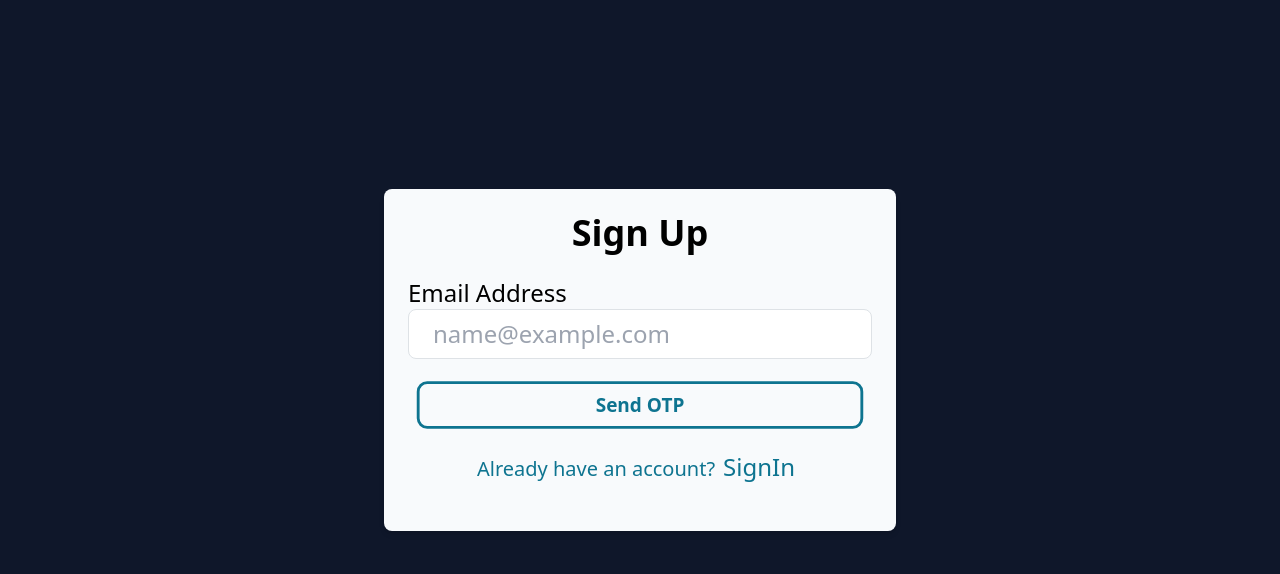
Repository: sayyad-mukthumsa-123/Movie-Verse
Page: /register (app in frontend/)
An editor plug-in stored every save of this project. The page is shown before and after the next save, followed by the edit.
The browser window is 1280 px wide. The pictures show the whole page.
The page's requests for data from a server got no answer. The project was rebuilt for these pictures with package versions that can differ from the ones it lists, and the page was loaded fresh each time. No one was signed in, and anything a server would have sent is missing. Also part of the build but not shown: frontend/src/pages/Welcome.jsx, frontend/src/components/Logout.jsx, frontend/src/components/Navbar.jsx, frontend/src/components/Cards.jsx, frontend/src/pages/Home.jsx, frontend/src/pages/SignIn.jsx, frontend/src/components/AvatarSelection.jsx, frontend/src/pages/MovieRecommendations.jsx and 17 more.

Above is the page before, as saved 2025-02-18 22:51:03.

### frontend/public/index.html
<!DOCTYPE html>
<html lang="en">

<head>
  <meta charset="utf-8" />
  <link rel="icon" href="%PUBLIC_URL%/favicon.ico" />
  <meta name="viewport" content="width=device-width, initial-scale=1" />
  <meta name="theme-color" content="#000000" />
  <meta name="description" content="Web site created using create-react-app" />
  <link rel="apple-touch-icon" href="%PUBLIC_URL%/logo192.png" />
  <!--
      manifest.json provides metadata used when your web app is installed on a
      user's mobile device or desktop. See https://developers.google.com/web/fundamentals/web-app-manifest/
    -->
  <link rel="manifest" href="%PUBLIC_URL%/manifest.json" />
  <link rel="stylesheet" href="https://cdn.jsdelivr.net/npm/bootstrap@5.3.2/dist/css/bootstrap.min.css"
    integrity="sha384-T3c6CoIi6uLrA9TneNEoa7RxnatzjcDSCmG1MXxSR1GAsXEV/Dwwykc2MPK8M2HN" crossorigin="anonymous" />
  <!--
      Notice the use of %PUBLIC_URL% in the tags above.
      It will be replaced with the URL of the `public` folder during the build.
      Only files inside the `public` folder can be referenced from the HTML.

      Unlike "/favicon.ico" or "favicon.ico", "%PUBLIC_URL%/favicon.ico" will
      work correctly both with client-side routing and a non-root public URL.
      Learn how to configure a non-root public URL by running `npm run build`.
    -->
  <title>MovieVerse</title>
</head>

<body>
  <noscript>You need to enable JavaScript to run this app.</noscript>
  <div id="root"></div>
  <!--
      This HTML file is a template.
      If you open it directly in the browser, you will see an empty page.

      You can add webfonts, meta tags, or analytics to this file.
      The build step will place the bundled scripts into the <body> tag.

      To begin the development, run `npm start` or `yarn start`.
      To create a production bundle, use `npm run build` or `yarn build`.
    -->
</body>

</html>

### frontend/src/index.css
/* body {
  margin: 0;
  font-family: -apple-system, BlinkMacSystemFont, 'Segoe UI', 'Roboto', 'Oxygen',
    'Ubuntu', 'Cantarell', 'Fira Sans', 'Droid Sans', 'Helvetica Neue',
    sans-serif;
  -webkit-font-smoothing: antialiased;
  -moz-osx-font-smoothing: grayscale;
}

code {
  font-family: source-code-pro, Menlo, Monaco, Consolas, 'Courier New',
    monospace;
} */


/* @tailwind base;
@tailwind components;
@tailwind utilities; */


/* @import "tailwindcss/base";
@import "tailwindcss/components";
@import "tailwindcss/utilities"; */


/* src/index.css */
@tailwind base;
@tailwind components;
@tailwind utilities;

### frontend/src/App.js
import { BrowserRouter, Route, Routes } from "react-router-dom";
import Welcome from "./pages/Welcome";
import Home from "./pages/Home";
import SignIn from "./pages/SignIn";
import SignUp from "./pages/SignUp";
import Details from "./pages/MovieDetail";
import MovieSearch from "./pages/MovieSearch";
import PopularMovies from "./pages/PopularMovies";
import TrendingMovies from "./pages/TrendingMovies";
import DirectorSearch from "./pages/DirectorSearch";
import HeroSearch from "./pages/HeroSearch";
import HeroineSearch from "./pages/HeroineSearch";
import Search from "./pages/Search";
import GenreSearch from "./pages/GenreSearch";
import LangSearch from "./pages/LangSearch";
import ProtectedRoute from "./components/ProtectedRoute"; // Import ProtectedRoute
import ProfilePage from "./pages/ProfilePage"; // ProfilePage component
import UpdateProfile from "./pages/UpdateProfile";
import ResetPassword from "./components/ResetPassword";
import ReviewRating from "./pages/ReviewRating";
import ContactUs from "./pages/ContactUs";
import MovieDetail from "./pages/MovieDetail";


const App = () => {
  return (
    <div className="App">

      <BrowserRouter>
        <Routes>

          <Route path="/" element={<Welcome />} />
          <Route path="/register" element={<SignUp />} />
          <Route path="/login" element={<SignIn />} />


          <Route
            path="/home_login"
            element={
              <ProtectedRoute>
                <Home />
              </ProtectedRoute>
            }
          />
          <Route
            path="/details"
            element={
              <ProtectedRoute>
                <Details />
              </ProtectedRoute>
            }
          />
          <Route
            path="/popular"
            element={
              <ProtectedRoute>
                <PopularMovies />
              </ProtectedRoute>
            }
          />
          <Route
            path="/trending"
            element={
              <ProtectedRoute>
                <TrendingMovies />
              </ProtectedRoute>
            }
          />
          <Route
            path="/search/movie"
            element={
              <ProtectedRoute>
                <MovieSearch />
              </ProtectedRoute>
            }
          />
          <Route
            path="/search/director"
            element={
              <ProtectedRoute>
                <DirectorSearch />
              </ProtectedRoute>
            }
          />
          <Route
            path="/search/hero"
            element={
              <ProtectedRoute>
                <HeroSearch />
              </ProtectedRoute>
            }
          />
          <Route
            path="/search/heroine"
            element={
              <ProtectedRoute>
                <HeroineSearch />
              </ProtectedRoute>
            }
          />
          <Route
            path="/search/genre"
            element={
              <ProtectedRoute>
                <GenreSearch />
              </ProtectedRoute>
            }
          />
          <Route
            path="/search/lang"
            element={
              <ProtectedRoute>
                <LangSearch />
              </ProtectedRoute>
            }
          />
          <Route
            path="/search"
            element={
              <ProtectedRoute>
                <Search />
              </ProtectedRoute>
            }
          />
          <Route
            path="/movie/:id"
            element={
              <ProtectedRoute>
                <Details />
              </ProtectedRoute>
            }
          />
          <Route path="api/profile/:email" element={
            <ProtectedRoute>
              <ProfilePage />
            </ProtectedRoute>}
          />
          <Route path="/update-profile/:email" element={
            <ProtectedRoute>
              <UpdateProfile />
            </ProtectedRoute>}
          />
          <Route path="/profile/:email" element={
            <ProtectedRoute><ProfilePage />
            </ProtectedRoute>} />
          <Route path="/reset-password/:email" element={

            <ResetPassword />

          }
          />


          {/* Movie review and rating route */}

          <Route path="/movie/:movieId/review-rating" element={
            <ProtectedRoute><ReviewRating />
            </ProtectedRoute>} />



          <Route path="/contact" element={
            <ProtectedRoute><ContactUs />
            </ProtectedRoute>} />

        </Routes>

      </BrowserRouter>
    </div>
  );
};

export default App;

### frontend/src/pages/SignUp.jsx
import React, { useEffect, useState } from "react";
import { Link, useNavigate } from "react-router-dom";
import { ToastContainer, toast } from "react-toastify";
import "react-toastify/dist/ReactToastify.css";
import { FaEye, FaEyeSlash } from "react-icons/fa";
import AvatarSelection from "../components/AvatarSelection";

const SignUp = () => {
  const [step, setStep] = useState(1);
  const [email, setEmail] = useState("");
  const [otp, setOtp] = useState("");
  const [otpSent, setOtpSent] = useState(false);
  const [isOtpVerified, setIsOtpVerified] = useState(false);
  const [username, setUsername] = useState("");
  const [password, setPassword] = useState("");
  const [confirmPassword, setConfirmPassword] = useState("");
  const [passwordVisible, setPasswordVisible] = useState(false);
  const [confirmPasswordVisible, setConfirmPasswordVisible] = useState(false);
  const [selectedAvatar, setSelectedAvatar] = useState(null);
  const navigate = useNavigate();

  useEffect(() => {
    const token = localStorage.getItem("token");
    /////see once
    if (token) {
      navigate("/home_login"); // Redirect if already logged in
    }
  }, [navigate]);

  // Validate email format
  const isValidEmail = (email) => {
    const regex = /^[a-zA-Z0-9._-]+@[a-zA-Z0-9.-]+\.[a-zAZ]{2,4}$/;
    return regex.test(email);
  };

  // Send OTP to user's email
  const sendOtp = async () => {
    if (!isValidEmail(email)) {
      toast.error("Please enter a valid email address.");
      return;
    }

    try {
      const response = await fetch("http://localhost:5000/send-otp", {
        method: "POST",
        headers: { "Content-Type": "application/json" },
        body: JSON.stringify({ email }),
      });

      const data = await response.json();
      if (response.ok) {
        toast.success("OTP sent to your email!");
        setOtpSent(true);
      } else {
        toast.error(data.message || "Error sending OTP.");
      }
    } catch (error) {
      toast.error("An error occurred. Please try again.");
    }
  };


  // Verify OTP entered by the user
  const verifyOtp = async () => {
    try {
      const response = await fetch("http://localhost:5000/verify-otp", {
        method: "POST",
        headers: { "Content-Type": "application/json" },
        body: JSON.stringify({ email, otp }),
      });

      const data = await response.json();
      if (response.ok) {
        toast.success("OTP verified successfully!");
        setIsOtpVerified(true);
        setStep(2); // Move to next step (username/password)
      } else {
        toast.error(data.message || "Invalid OTP.");
      }
    } catch (error) {
      toast.error("An error occurred. Please try again.");
    }
  };

  // Handle form submission for user registration
  const handleSubmit = async (event) => {
    event.preventDefault();

    if (!selectedAvatar) {
      toast.error("Please select an avatar.");
      return;
    }

    if (!username || !password || !confirmPassword) {
      toast.error("Please fill in all fields.");
      return;
    }

    if (password !== confirmPassword) {
      toast.error("Passwords do not match.");
      return;
    }

    try {
      const response = await fetch("http://localhost:5000/register", {
        method: "POST",
        headers: { "Content-Type": "application/json" },
        body: JSON.stringify({
          username,
          email,
          password,
          confirmPassword,
          avatar: selectedAvatar, // Include the avatar selected by the user
        }),
      });

      const data = await response.json();

      if (response.ok) {
        toast.success("Registration successful!");
        setTimeout(() => {
          navigate("/home_login"); // Redirect to login page after successful registration
        }, 2000);
      } else {
        toast.error(data.message || "Registration failed.");
      }
    } catch (error) {
      toast.error("An error occurred. Please try again later.");
    }
  };

  // Toggle password visibility
  const togglePasswordVisibility = () => setPasswordVisible(!passwordVisible);

  // Toggle confirm password visibility
  const toggleConfirmPasswordVisibility = () => setConfirmPasswordVisible(!confirmPasswordVisible);

  return (
    <div className="flex items-center justify-center min-h-screen bg-slate-900">
      <div className="w-full max-w-lg bg-slate-50 rounded-lg shadow-md p-6">
        <h1 className="text-4xl font-bold text-black text-center mb-6">Sign Up</h1>

        {/* Step 1: Email Input and OTP Section */}
        <div className="mb-4">
          <label className="block text-2xl font-medium text-black">Email Address</label>
          <input
            type="email"
            className="w-full text-2xl px-4 py-2 border rounded-lg focus:outline-none focus:ring focus:ring-black"
            placeholder="name@example.com"
            value={email}
            onChange={(e) => setEmail(e.target.value)}
          />
        </div>

        {step === 1 && !otpSent && (
          <>
            <button
              onClick={sendOtp}
              className=" hover:bg-cyan-700 scale-95 hover:scale-100 transition-all font-semibold hover:text-white text-cyan-700 outline text-xl py-2 px-4 rounded-lg w-full"
            >
              Send OTP
            </button>

            <div className="mt-4 text-center">
              <div className="text-xl mb-4 text-cyan-700">
                Already have an account?
                <Link to="/login" className="inline-block mx-2 text-cyan-700 hover:underline hover:scale-105 transition-transform text-2xl">
                  SignIn
                </Link>
              </div>
            </div>
          </>
        )}

        {otpSent && !isOtpVerified && (
          <>
            <div className="mb-4">
              <label className="block text-xl font-medium text-cyan-800">Enter OTP</label>
              <input
                type="text"
                className="w-full text-2xl px-4 py-2 border rounded-lg focus:outline-none focus:ring focus:ring-cyan-800"
                placeholder="Enter OTP"
                value={otp}
                onChange={(e) => setOtp(e.target.value)}
              />
              <button
                onClick={verifyOtp}
                className="bg-cyan-800 hover:bg-cyan-700 text-white text-xl py-2 px-4 rounded-lg w-full mt-4"
              >
                Verify OTP
              </button>
            </div>

            <div className="mt-4 text-center">
              <Link to="/login" className="text-cyan-800 text-lg">
                Already have an account? Login
              </Link>
            </div>
          </>
        )}

        {/* Step 2: Username and Password Section */}
        {isOtpVerified && step === 2 && (
          <>
            <div className="mb-4">
              <label className="block text-2xl font-medium text-cyan-800">Username</label>
              <input
                type="text"
                className="w-full text-2xl px-4 py-2 border rounded-lg focus:outline-none focus:ring focus:ring-cyan-800"
                placeholder="Enter username"
                value={username}
                onChange={(e) => setUsername(e.target.value)}
              />
            </div>

            <div className="mb-4 relative">
              <label className="block text-2xl font-medium text-cyan-800">Password</label>
              <input
                type={passwordVisible ? "text" : "password"}
                className="w-full text-2xl px-4 py-2 border rounded-lg focus:outline-none focus:ring focus:ring-cyan-800"
                placeholder="Enter password"
                value={password}
                onChange={(e) => setPassword(e.target.value)}
              />
              <button
                onClick={togglePasswordVisibility}
                className="absolute right-4 top-10 text-cyan-800"
              >
                {passwordVisible ? <FaEyeSlash /> : <FaEye />}
              </button>
            </div>

            <div className="mb-4 relative">
              <label className="block text-2xl font-medium text-cyan-800">Confirm Password</label>
              <input
                type={confirmPasswordVisible ? "text" : "password"}
                className="w-full text-2xl px-4 py-2 border rounded-lg focus:outline-none focus:ring focus:ring-cyan-800"
                placeholder="Confirm password"
                value={confirmPassword}
                onChange={(e) => setConfirmPassword(e.target.value)}
              />
              <button
                onClick={toggleConfirmPasswordVisibility}
                className="absolute right-4 top-10 text-cyan-800"
              >
                {confirmPasswordVisible ? <FaEyeSlash /> : <FaEye />}
              </button>
            </div>

            {/* Avatar Selection */}
            <AvatarSelection onSelectAvatar={setSelectedAvatar} />

            <button
              onClick={handleSubmit}
              className="bg-cyan-800 hover:bg-cyan-700 text-white text-xl py-2 px-4 rounded-lg w-full"
            >
              Register
            </button>
          </>
        )}

      </div>

      <ToastContainer />
    </div>
  );
};

export default SignUp;

### frontend/tailwind.config.js
module.exports = {
  content: [
    "./src/**/*.{js,jsx,ts,tsx}", // Include all source files in the frontend
  ],
  theme: {
    extend: {},
  },
  plugins: [],
};

Loaded but not shown: frontend/src/index.js (common file); frontend/src/reportWebVitals.js (common file)

After the next save:
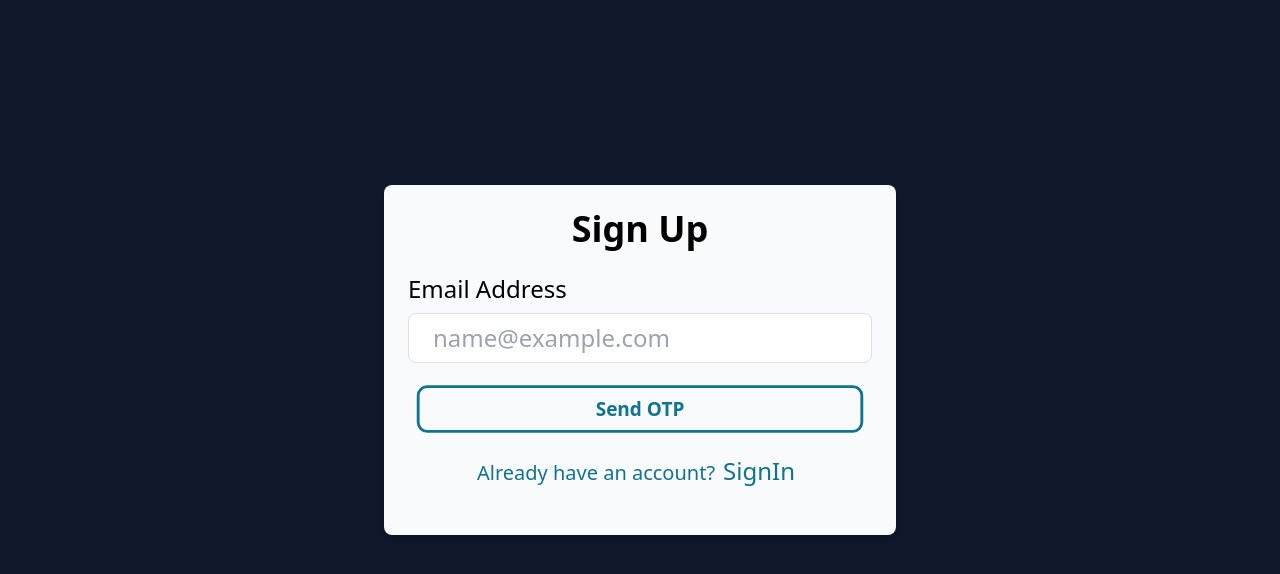
Saved 20 s later.
--- a/frontend/src/pages/SignUp.jsx
+++ b/frontend/src/pages/SignUp.jsx
@@ -142,7 +142,7 @@
 
         {/* Step 1: Email Input and OTP Section */}
         <div className="mb-4">
-          <label className="block text-2xl font-medium text-black">Email Address</label>
+          <label className="block text-2xl font-medium text-black mb-2">Email Address</label>
           <input
             type="email"
             className="w-full text-2xl px-4 py-2 border rounded-lg focus:outline-none focus:ring focus:ring-black"
